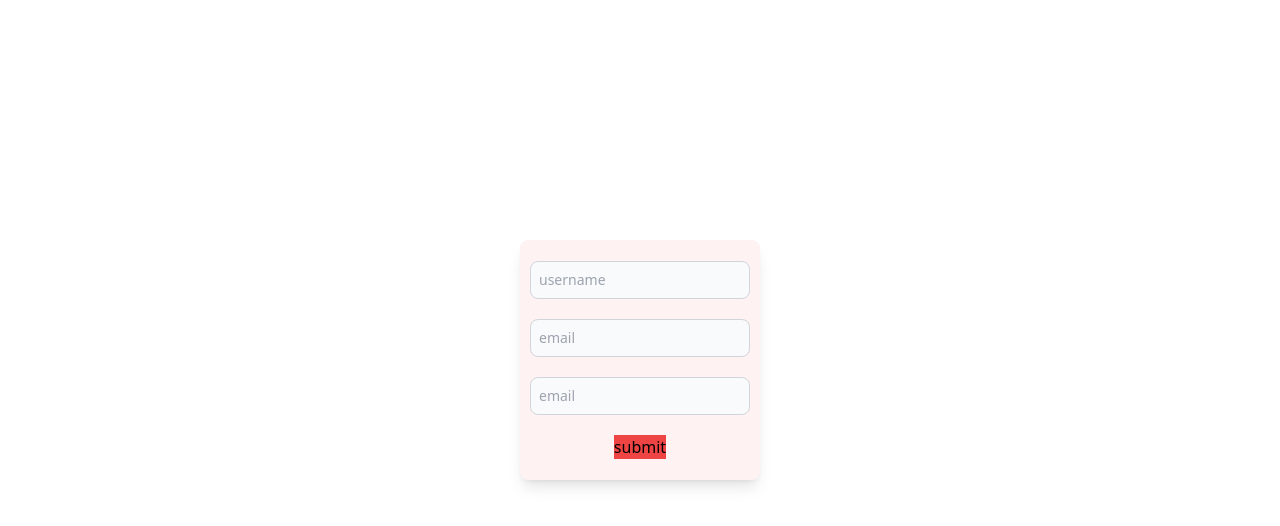
Repository: Emy-gold/alx-fe-reactjs
Page: / (app in form-handling-react/)
An editor plug-in stored every save of this project. The page is shown before and after the next save, followed by the edit.
The browser window is 1280 px wide. The pictures show the whole page.
The project was rebuilt for these pictures with package versions that can differ from the ones it lists, and the page was loaded fresh each time. Also part of the build but not shown: form-handling-react/vite.config.js.

Above is the page before, as saved 2025-08-22 21:58:39.

After the next save:
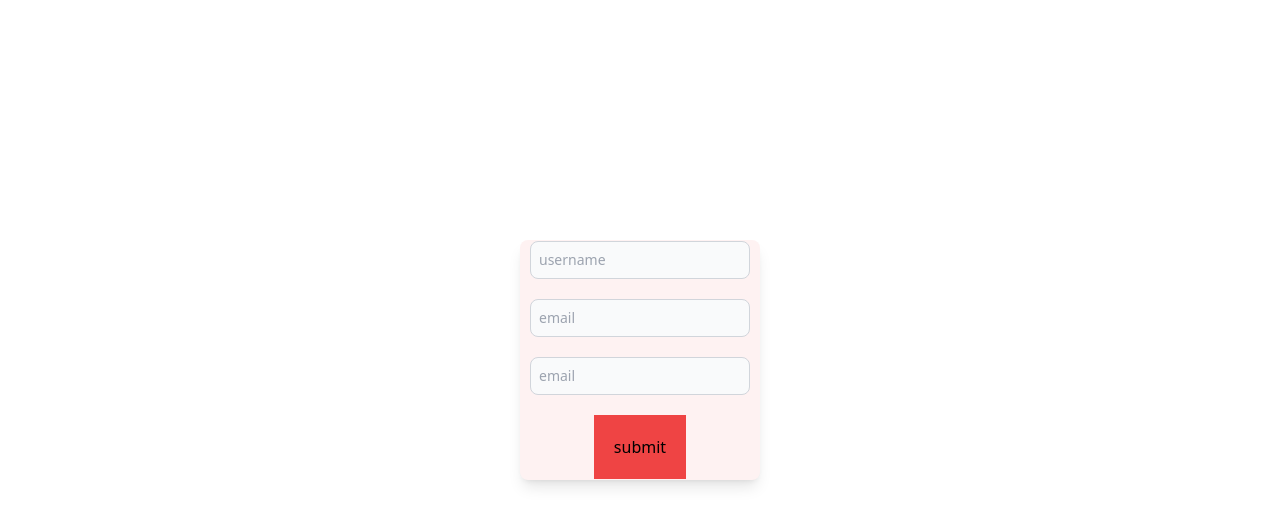
Saved 8 s later.
--- a/form-handling-react/src/components/RegistrationForm.jsx
+++ b/form-handling-react/src/components/RegistrationForm.jsx
@@ -42,7 +42,7 @@ function RegistrationForm() {
                     placeholder='email'
                     className='bg-gray-50 border border-gray-300 text-gray-900 text-sm p-2 rounded-lg mb-5'
                 />
-                <button type='submit' className='bg-red-500'>submit</button>
+                <button type='submit' className='bg-red-500 p-5'>submit</button>
             </form>
         </div>
     )
